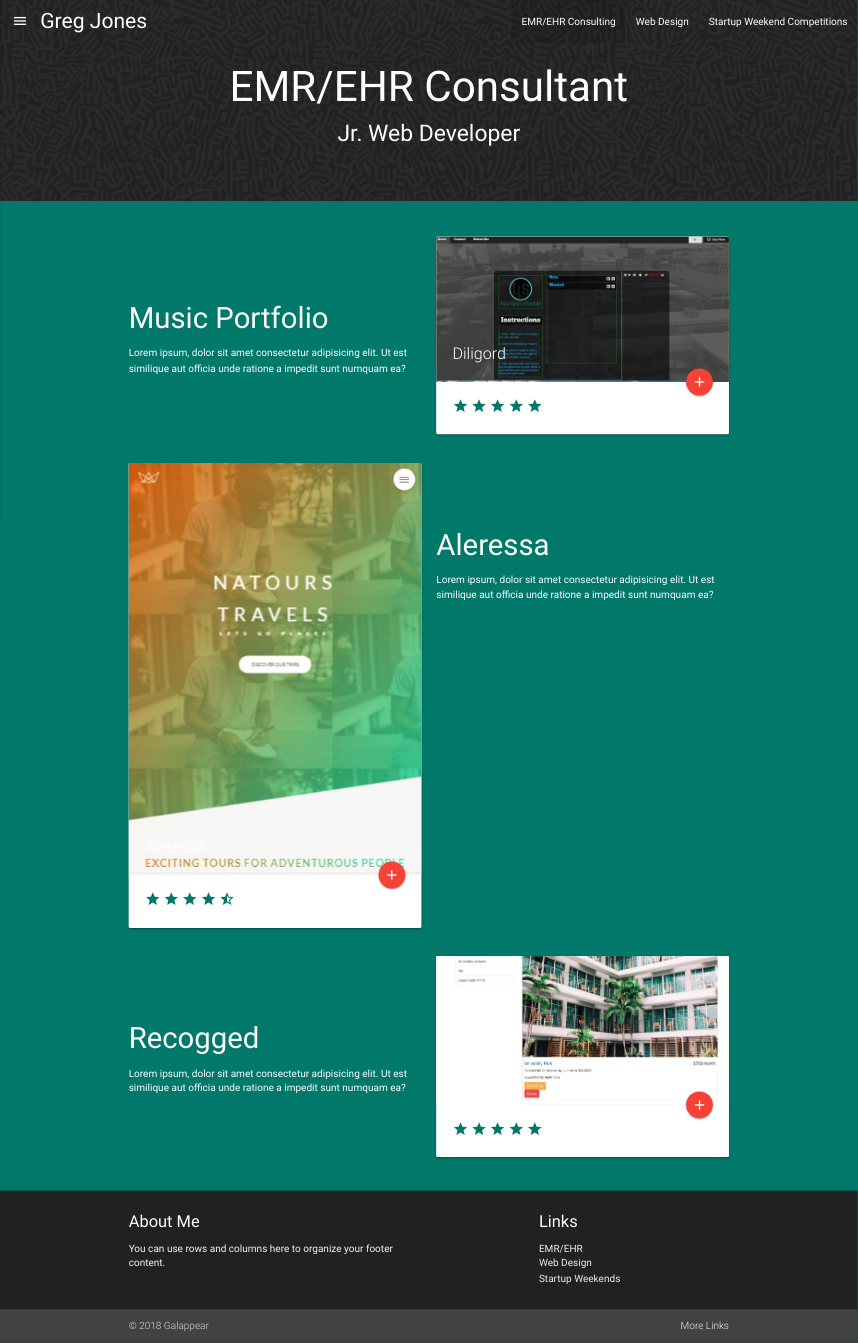
Repository: Greg919617/Existing-Portfolio
Page: web-design.html
These files come from the project's save history. The page is drawn as it stood at one moment and after the next save; the edit follows.
The browser window is 1280 px wide. The pictures show the whole page, at 67% of full size.
Some web libraries are served in a nearby version.

Above is the page before, as saved 2018-06-26 17:22:28.

After the next save:
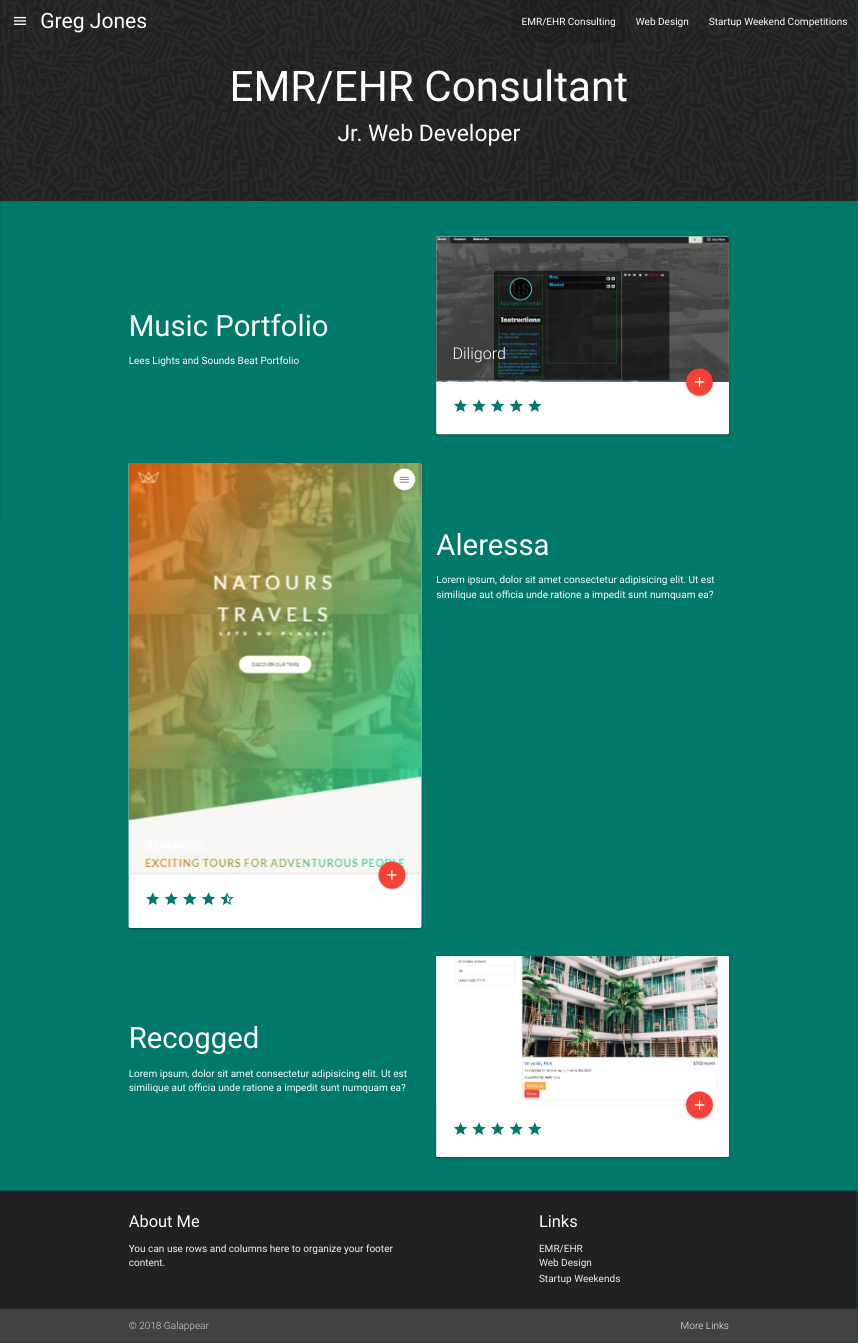
Saved 38 s later.
--- a/web-design.html
+++ b/web-design.html
@@ -58,8 +58,7 @@
         <div class="col m6 hide-on-small-only">
           <div class="img-content">
             <h3>Music Portfolio</h3>
-            Lorem ipsum, dolor sit amet consectetur adipisicing elit. Ut est similique aut officia unde ratione a impedit sunt numquam
-            ea?
+            Lees Lights and Sounds Beat Portfolio
           </div>
         </div>
         <div class="col m6">
